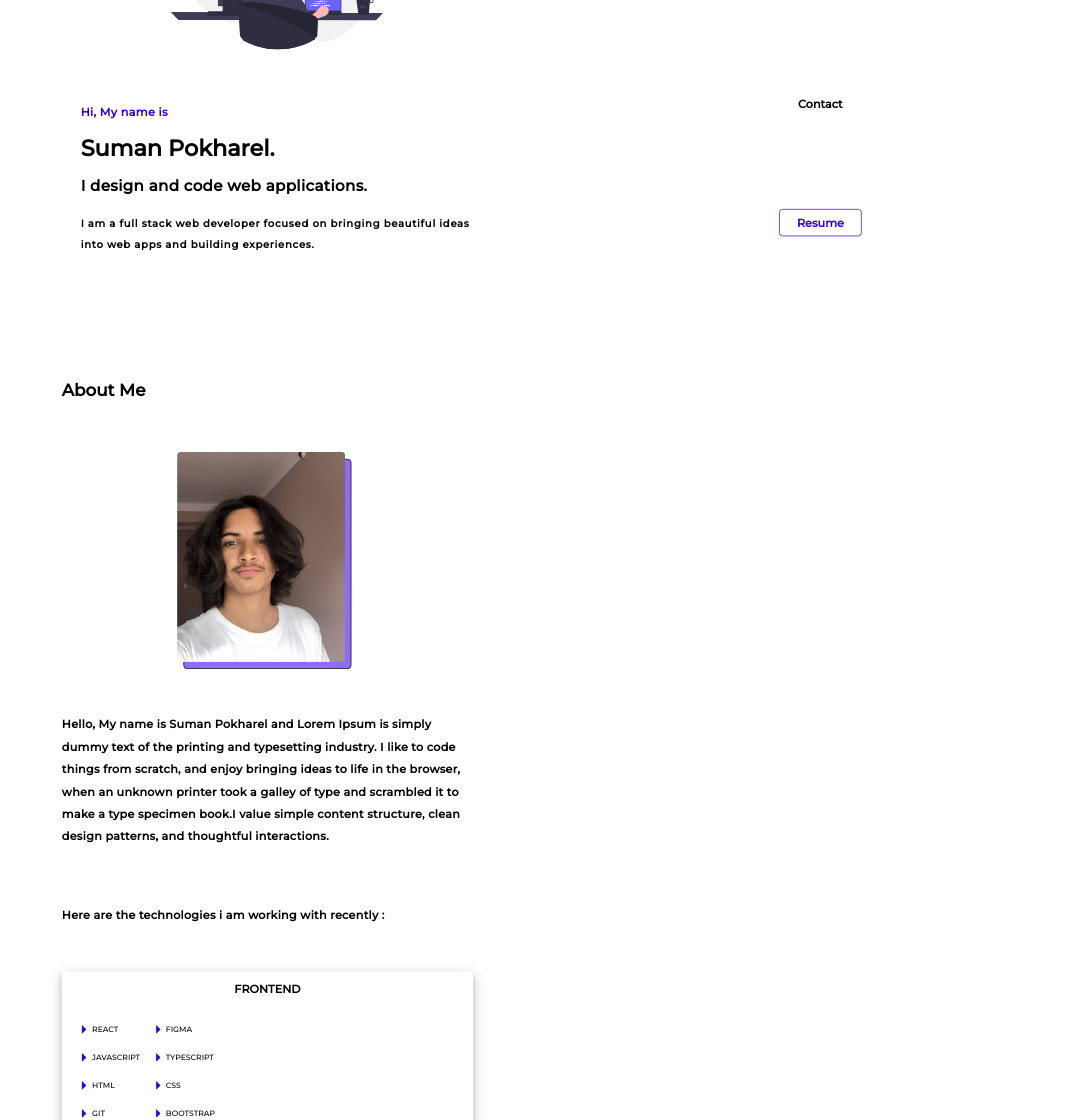
Repository: iamsumanp/portfolio
Page: /
These files come from the project's save history. The page is drawn as it stood at one moment and after the next save; the edit follows.
The browser window is 768 px wide. The page is 1536 px wide, so the pictures cover 1536 px, including what lies to the right of the window. The pictures show the part of the page from y = 401 to 2001 px (the page is 5929 px tall), at 70% of full size.
The project was rebuilt for these pictures with package versions that can differ from the ones it lists, and the page was loaded fresh each time.

Above is the page before, as saved 2022-07-09 21:58:04.

After the next save:
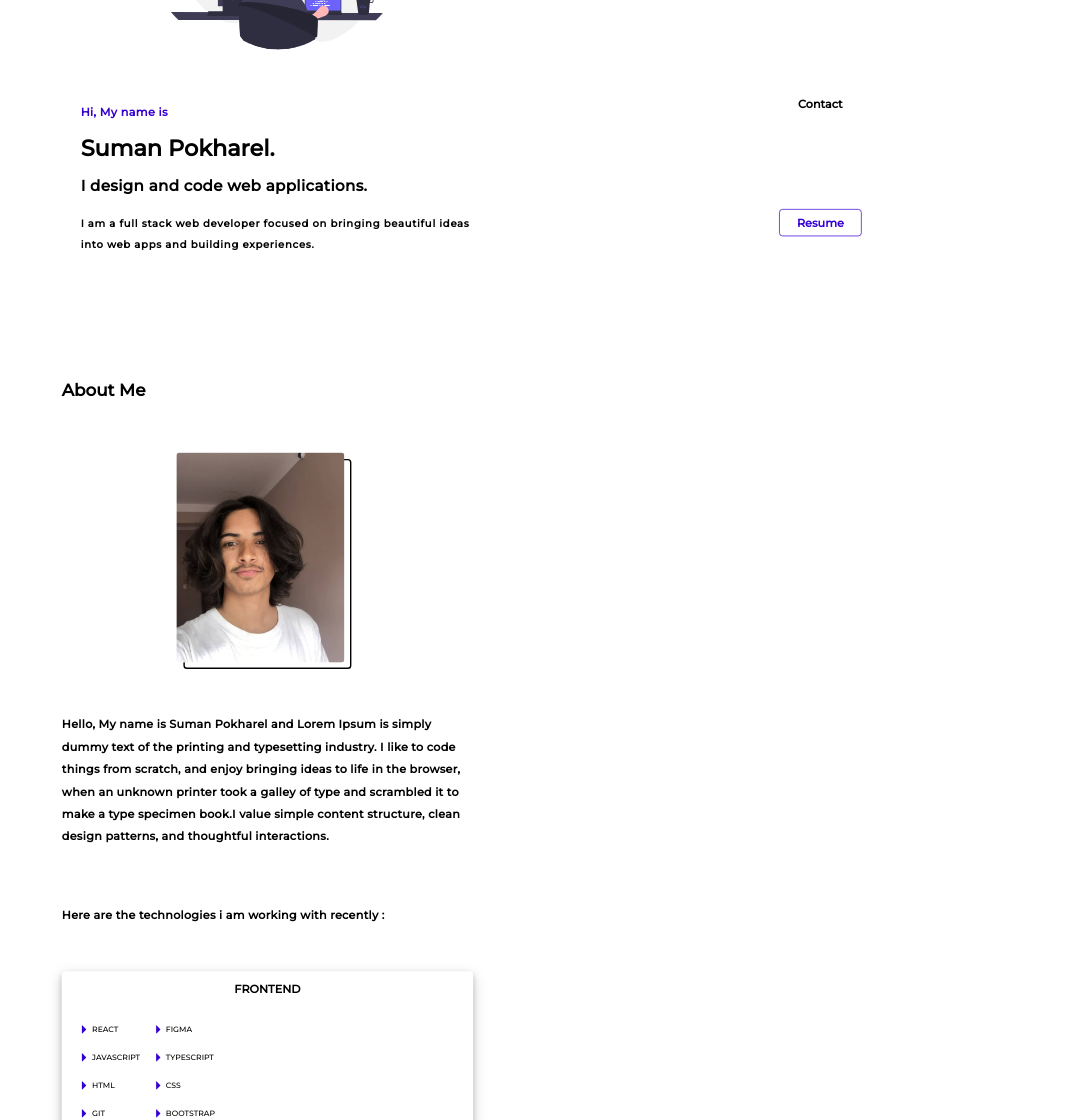
Saved 20 s later.
--- a/src/styles/styles.css
+++ b/src/styles/styles.css
@@ -215,12 +215,11 @@ body {
 }
 .aboutMeSection .imgContainer {
   margin-left: auto;
-  background-color: #8f6cf8;
   margin-top: 2rem;
   position: relative;
   height: 350px;
   width: 280px;
-  border: solid 1px black;
+  border: solid 2px black;
   border-radius: 5px;
 }
 @media (max-width: 1100px) {
@@ -601,4 +600,4 @@ body {
   .spSpan {
     text-align: center;
   }
-}/*# sourceMappingURL=styles_20220709215804.css.map */
+}/*# sourceMappingURL=styles_20220709215824.css.map */
